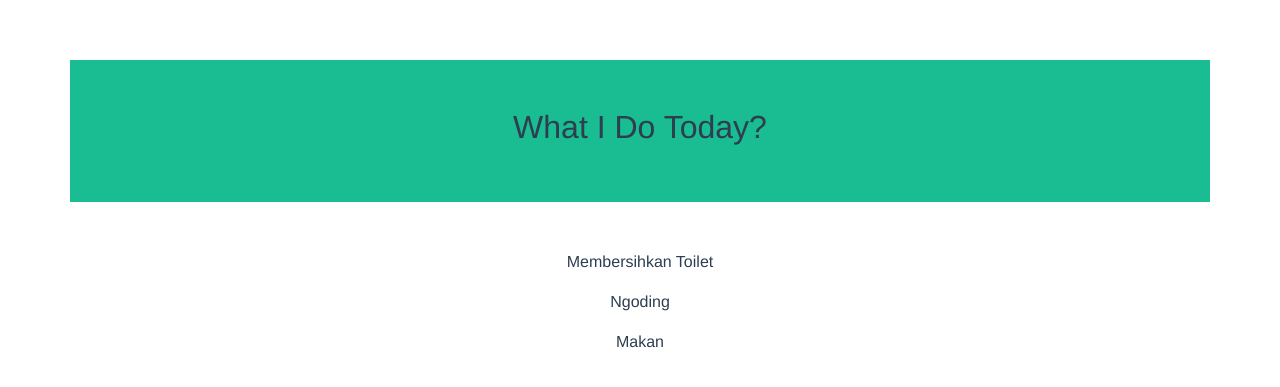
Repository: AdiPrimanto/praxis-academy
Page: / (app in novice/03-05/todolist/)
These files come from the project's save history. The page is drawn as it stood at one moment and after the next save; the edit follows.
The browser window is 1280 px wide. The pictures show the whole page.
The project was rebuilt for these pictures with package versions that can differ from the ones it lists, and the page was loaded fresh each time.

Above is the page before, as saved 2019-11-29 14:16:48.

After the next save:
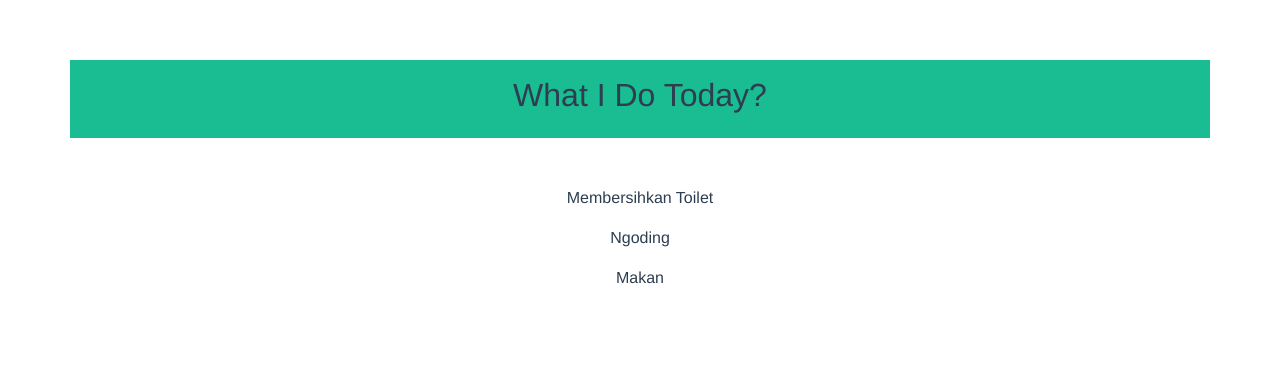
Saved 2 min 9 s later.
--- a/novice/03-05/todolist/src/App.vue
+++ b/novice/03-05/todolist/src/App.vue
@@ -1,7 +1,7 @@
 <template>
   <div id="app">
     <div class="container">
-      <div class="row header mb-5 p-5">
+      <div class="row header mb-5 p-3">
         <div class="col-12">
           <h2>What I Do Today? </h2>
         </div>
